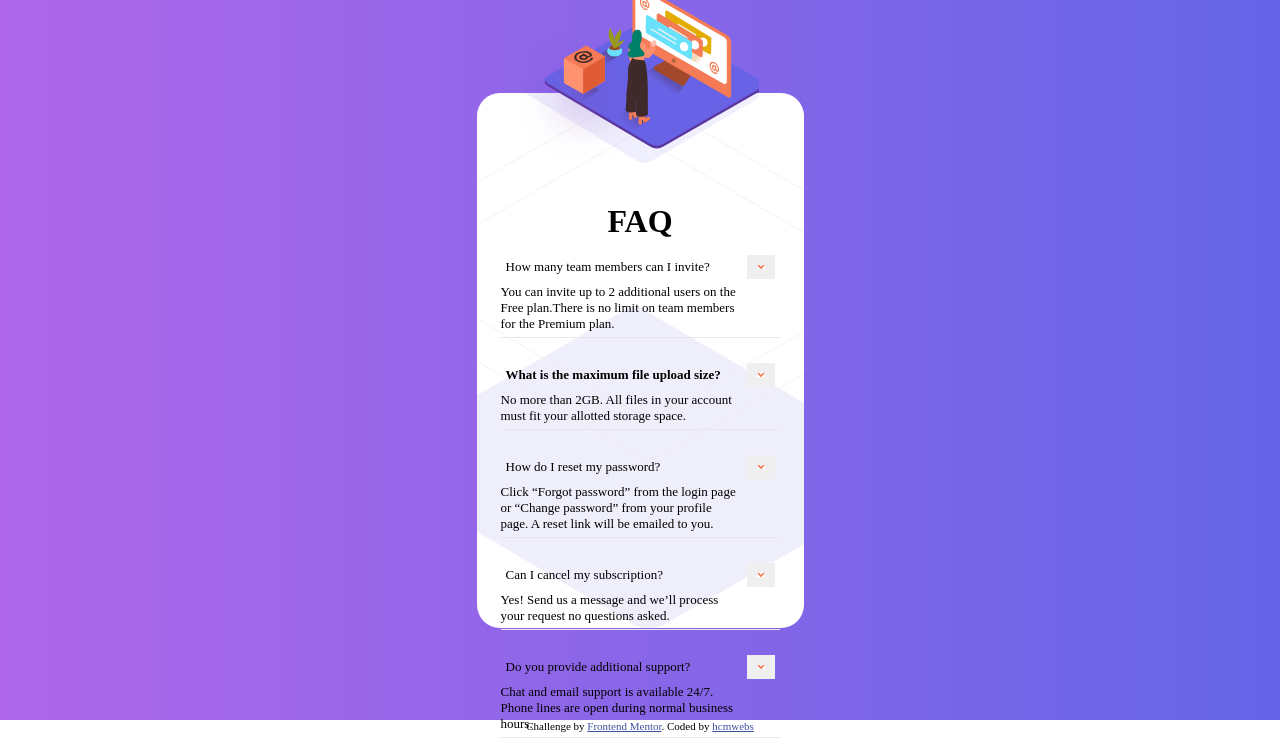
Repository: Hcmwebs/faq-accordion-card
Page: index.html
An editor plug-in stored every save of this project. The page is shown before and after the next save, followed by the edit.
The browser window is 1280 px wide. The pictures show the whole page.
The style sheet was rebuilt from its Sass, Less or Tailwind sources for each picture, by a compiler version that may differ from the author's.

Above is the page before, as saved 2020-11-06 11:41:41.

After the next save:
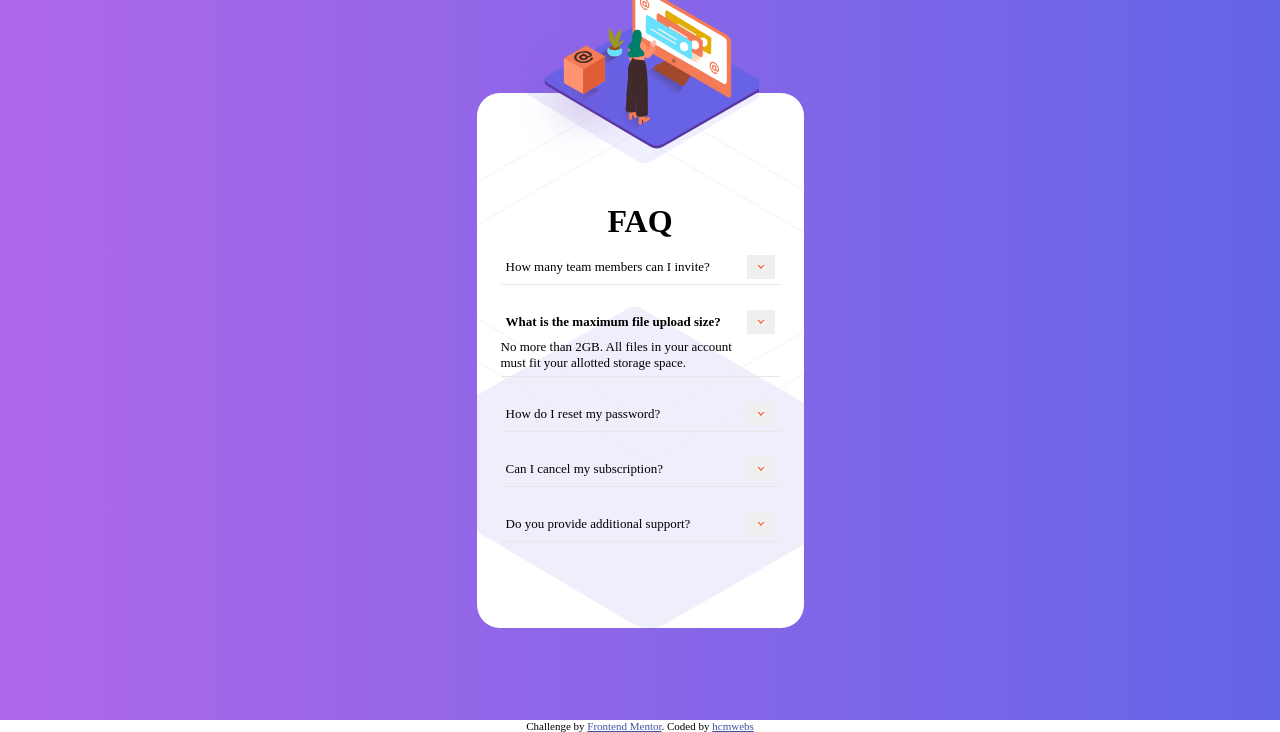
Saved 2 min 40 s later.
--- a/index.html
+++ b/index.html
@@ -45,7 +45,7 @@
                 <img src="/images/icon-arrow-down.svg" alt="icon-arrow-down" />
               </button>
             </div>
-            <p>
+            <p class="d-N">
               You can invite up to 2 additional users on the Free plan.There is
               no limit on team members for the Premium plan.
             </p>
@@ -59,7 +59,7 @@
                 <img src="/images/icon-arrow-down.svg" alt="icon-arrow-down" />
               </button>
             </div>
-            <p class="active">
+            <p>
               No more than 2GB. All files in your account must fit your allotted
               storage space.
             </p>
@@ -73,7 +73,7 @@
                 <img src="/images/icon-arrow-down.svg" alt="icon-arrow-down" />
               </button>
             </div>
-            <p>
+            <p class="d-N">
               Click “Forgot password” from the login page or “Change password”
               from your profile page. A reset link will be emailed to you.
             </p>
@@ -87,7 +87,7 @@
                 <img src="/images/icon-arrow-down.svg" alt="icon-arrow-down" />
               </button>
             </div>
-            <p>
+            <p class="d-N">
               Yes! Send us a message and we’ll process your request no questions
               asked.
             </p>
@@ -101,7 +101,7 @@
                 <img src="/images/icon-arrow-down.svg" alt="icon-arrow-down" />
               </button>
             </div>
-            <p>
+            <p class="d-N">
               Chat and email support is available 24/7. Phone lines are open
               during normal business hours.
             </p>
